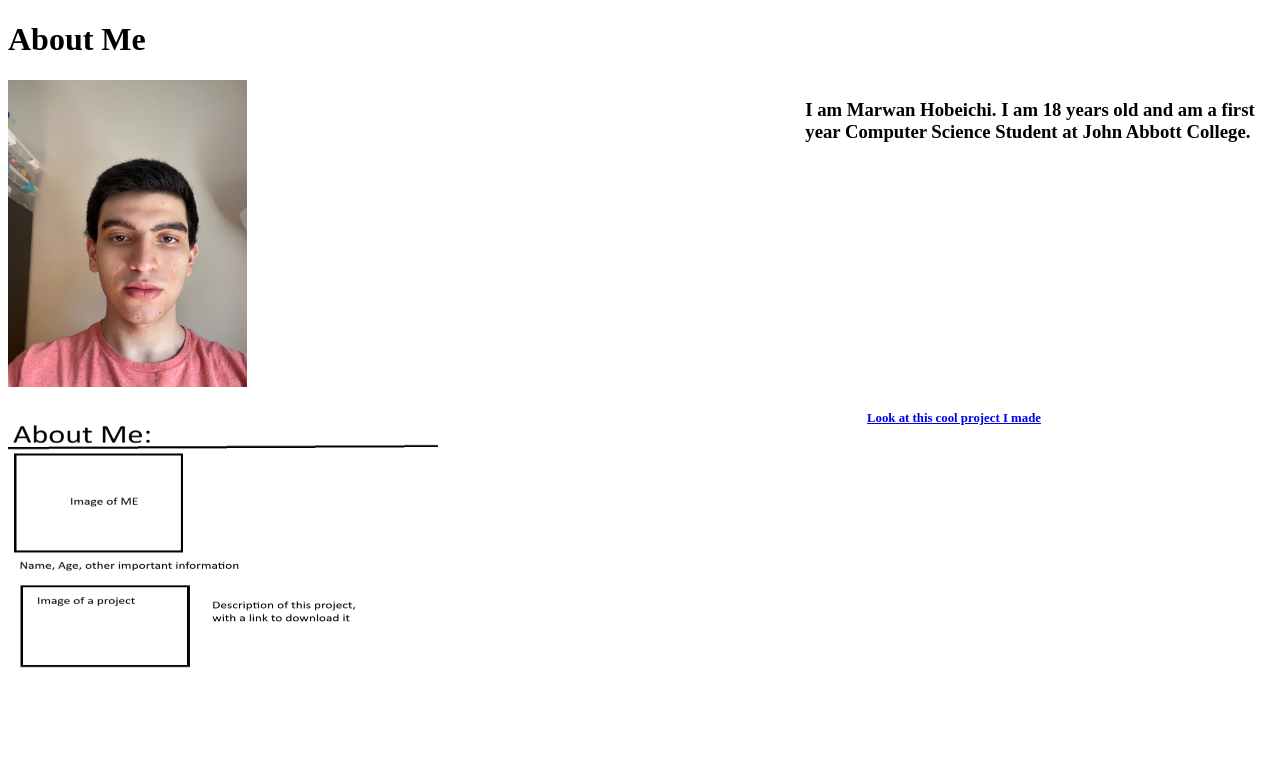
Repository: captainm64/captainm64
Page: index.html
The author's editor kept a copy of each file at every save. The page is drawn from the files as they stood at one save, then again after the next save.
The browser window is 1280 px wide. The pictures show the whole page.

Above is the page before, as saved 2026-05-08 13:34:28.

### index.html
<!DOCTYPE html>
<html>
    <head>
        <link rel = "stylesheet" href = "./styles/index.css" />
         <link rel = "stylesheet" href = "./styles/global.css" />
         <title>HomePage</title>
    </head>
<body>
<Header id = "Title">
<main>
<h1> About Me </h1>

<div class = "Me">

 <div>
 <img src="../../assets/images/Marwan.jpg" alt = "Marwan Hobeichi looking at the camera"/>
 </div>

 <h3> I am Marwan Hobeichi. I am 18 years old and am a first year Computer Science Student at John Abbott College.</h3>

</div>



<div class = "projtxt">

 <div>
 <img src="../../assets/images/HomePage.png" alt = "Demonstration of an old project"/>
 </div>

 <a href = projectshow.html><h1>Look at this cool project I made</h1></a>

</div>
</main>

### styles/index.css
img{

   height: 55%;
   width: 45%;
}

.Me{

   display: flex;

   flex-direction: column;
}

.projtxt{

   display: flex;

   flex-direction: column;

}

.projtxt img {

   height: 100%;
   width: 100%

}

.demos{

   display: flex;

   justify-content: space-evenly;

   flex-direction: row;
}

.demos{

   height: 50rem;
   width: 80rem
}

#Main{

font-size: 30rem;
font-family: "timesnewromanbold";
color: rgb(0, 0, 0);


}


/*Tablet*/
@media (min-width: 768px) {

    img{

   height: 95%;
   width: 50%;
   }

   .Me{

   display: flex;

   flex-direction: row;
   }

.projtxt{

      display: flex;
      flex-direction: row;
      font-size: 40%

   }

   .projtxt img {

   width: 50%

  }

}

/* laptop */
@media(min-width: 1025px)
{
     img{

   height: 95%;
   width: 30%;
   }


  .Me{

   display: flex;

   flex-direction: row;
   }

   .projtxt{

          display: flex;

      flex-direction: row;

      font-size: 40%
   }


   .projtxt img {

   height: 80%

  }



}

### styles/global.css

@font-face {

    font-family: "timesnewroman";
    src: url(/assests/fonts/timesnewroman.ttf);
}

After the next save:
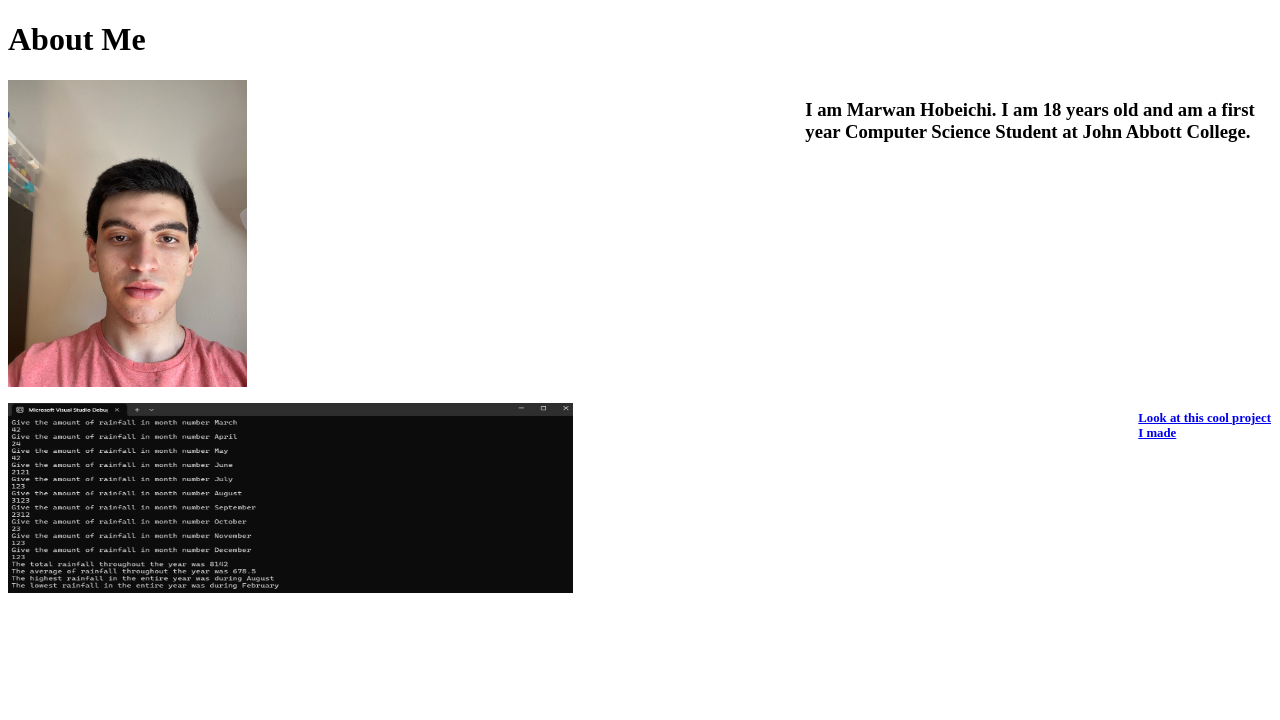
Saved 50 s later.
--- a/index.html
+++ b/index.html
@@ -25,7 +25,7 @@
 <div class = "projtxt">
 
  <div>
- <img src="../../assets/images/HomePage.png" alt = "Demonstration of an old project"/>
+ <img src="../../assets/images/demo2.png" alt = "Demonstration of an old project"/>
  </div>
 
  <a href = projectshow.html><h1>Look at this cool project I made</h1></a>
